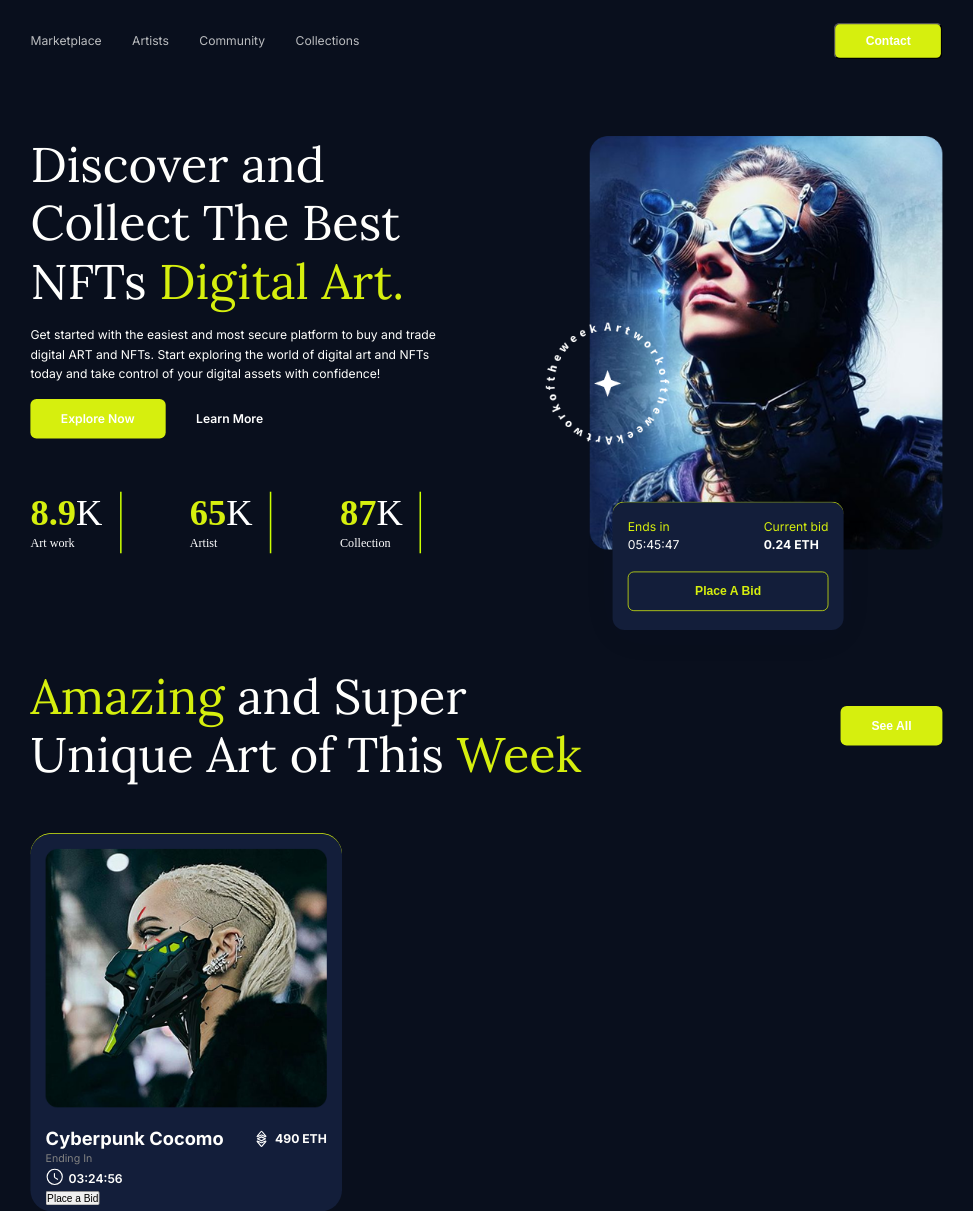
Repository: Kamron5505/NftMarketplace
Page: index.html
The author's editor kept a copy of each file at every save. The page is drawn from the files as they stood at one save, then again after the next save.
The browser window is 1280 px wide. The pictures show the whole page, at 76% of full size.

Above is the page before, as saved 2025-07-09 14:03:26.

### index.html
<!DOCTYPE html>
<html lang="en">

<head>
    <meta charset="UTF-8">
    <meta name="viewport" content="width=device-width, initial-scale=1.0">
    <title>NFTMarketplace Landing</title>
    <link rel="stylesheet" href="./style.css">
    <link
        href="https://fonts.googleapis.com/css2?family=Inter:wght@400;600;700&family=Source+Sans+Pro:wght@400;600;700&family=Lora:wght@400;700&display=swap"
        rel="stylesheet">

</head>

<body>
    <header class="header">
        <div class="container">
            <nav class="nav">
                <ul class="nav-list">
                    <li class="nav-item"><a href="#" class="nav-link">Marketplace</a></li>
                    <li class="nav-item"><a href="#" class="nav-link">Artists</a></li>
                    <li class="nav-item"><a href="#" class="nav-link">Community</a></li>
                    <li class="nav-item"><a href="#" class="nav-link">Collections</a></li>
                </ul>
                <button class="header-contact-btn">Contact</button>
            </nav>
        </div>
    </header>
    <main class="main">
        <section class="nft-section">
            <div class="container">
                <div class="nft-wrapper">
                    <div class="content-left">
                        <h1 class="title">
                            Discover and <br>
                            Collect The Best <br>
                            NFTs <span class="highlight"> Digital Art.</span>
                        </h1>

                        <p class="description">
                            Get started with the easiest and most secure platform to buy and trade digital ART and NFTs.
                            Start exploring the world of digital art and NFTs today and take control of your digital
                            assets with confidence!
                        </p>

                        <div class="buttons">
                            <a href="#" class="btn btn-primary">Explore Now</a>
                            <a href="#" class="btn btn-secondary">Learn More</a>
                        </div>

                        <div class="stats">
                            <div class="stat">
                                <div class="number">8.9<span class="note">K</span></div>
                                <div class="label">Art work</div>
                            </div>
                            <div class="stat">
                                <div class="number">65<span class="note">K</span></div>
                                <div class="label">Artist</div>
                            </div>
                            <div class="stat">
                                <div class="number">87<span class="note">K</span></div>
                                <div class="label">Collection</div>
                            </div>
                        </div>
                    </div>
                    <div class="content-right">
                        <div class="header-image">
                            <img src="./images/main-header-img.png" alt="NFT Image" class="hero-image">
                            <img src="./images/circle.png" alt="" class="circle-image">
                        </div>
                        <div class="nft-card">
                            <div class="nft-card__info">
                                <div class="nft-card__timer">
                                    <span class="value ">Ends in</span>
                                    <span class="nft-note">05:45:47</span>
                                </div>
                                <div class="nft-card__bid">
                                    <span class="value ">Current bid</span>
                                    <span class="nft-card__note">0.24 ETH</span>
                                </div>
                                <button href="#" class="nft-card__btn nft-card__btn--bid">Place A Bid</button>
                            </div>
                        </div>
                    </div>
                </div>
            </div>
        </section>
        <section class="art-section">
            <div class="container">
                <div class="art-section__header">
                    <h2 class="art-section__title">
                        <span class="text-highlight">Amazing</span>
                        and Super <br>
                        Unique Art of This
                        <span class="text-highlight">Week</span>
                    </h2>
                    <button href="#" class="art-section__btn-view-all">See All</button>
                </div>
                <div class="art-section__cards">
                    <div class="art-card">
                        <img src="./images/Cyberpunk Cocomo 490ETH.png" alt="Cyberpunk Cocomo"
                            class="art-card__image" />
                        <div class="art-card-name">
                            <h3 class="art-card__title">Cyberpunk Cocomo</h3>

                            <div class="art-card-price-wrapper">
                                <svg width="24" height="25" viewBox="0 0 24 25" fill="none"
                                    xmlns="http://www.w3.org/2000/svg">
                                    <path
                                        d="M6.90001 9.6L11.7 7.5C11.9 7.4 12.1 7.4 12.4 7.5L17.2 9.6C17.6 9.8 18 9.3 17.7 8.9L12.7 2.8C12.4 2.4 11.8 2.4 11.5 2.8L6.50001 8.9C6.10001 9.3 6.50001 9.8 6.90001 9.6Z"
                                        stroke="white" stroke-width="1.5" stroke-miterlimit="10" stroke-linecap="round"
                                        stroke-linejoin="round" />
                                    <path
                                        d="M6.90001 15.4L11.7 17.5C11.9 17.6 12.1 17.6 12.4 17.5L17.2 15.4C17.6 15.2 18 15.7 17.7 16.1L12.7 22.2C12.4 22.6 11.8 22.6 11.5 22.2L6.50001 16.1C6.10001 15.7 6.50001 15.2 6.90001 15.4Z"
                                        stroke="white" stroke-width="1.5" stroke-miterlimit="10" stroke-linecap="round"
                                        stroke-linejoin="round" />
                                    <path d="M12 9.90002L6.79999 12.5L12 15.1L17.2 12.5L12 9.90002Z" stroke="white"
                                        stroke-width="1.5" stroke-miterlimit="10" stroke-linecap="round"
                                        stroke-linejoin="round" />
                                </svg>
                                <p class="art-card__price">490 ETH</p>
                            </div>
                        </div>

                        <div class="art-card__info">
                            <div class="art-card__time">
                                <p class="art-card__time__ending">Ending In</p>
                                <div class="art-card__time-value">
                                    <i class="icon-clock">
                                        <svg width="24" height="25" viewBox="0 0 24 25" fill="none"
                                            xmlns="http://www.w3.org/2000/svg">
                                            <path
                                                d="M22 12.5C22 18.02 17.52 22.5 12 22.5C6.48 22.5 2 18.02 2 12.5C2 6.98 6.48 2.5 12 2.5C17.52 2.5 22 6.98 22 12.5Z"
                                                stroke="white" stroke-width="1.5" stroke-linecap="round"
                                                stroke-linejoin="round" />
                                            <path
                                                d="M15.71 15.68L12.61 13.83C12.07 13.51 11.63 12.74 11.63 12.11V8.01001"
                                                stroke="white" stroke-width="1.5" stroke-linecap="round"
                                                stroke-linejoin="round" />
                                        </svg>
                                    </i>
                                    <span>03:24:56</span>
                                </div>
                            </div>
                        </div>

                        <button href="#" class="art-card__btn-bid">Place a Bid</button>
                    </div>
                </div>

            </div>
        </section>
    </main>
</body>

</html>

### style.css
* {
    margin: 0;
    padding: 0;
    text-decoration: none;
    list-style: none;
    box-sizing: border-box;
}


body {
    background: #090f1d;
    color: #fffffd;
}

:root {
    --font-family: "Inter", sans-serif;
    --second-family: "Source Sans Pro", sans-serif;
    --third-family: "Lora", serif;
}

h1,
h2,
h3,
h4,
h5,
h6 {
    font-family: "Lora", serif;
    font-weight: 500;
    font-size: 64px;
    line-height: 120%;
    color: #fffffd;
}

.highlight {
    color: #d6ef0e;
}

.header {
    margin-top: 30px;
    font-family: "Inter", sans-serif;
}

.container {
    width: 1200px;
    margin: 0 auto;
}

.nav {
    display: flex;
    align-items: center;
    justify-content: space-between;
}

.nav-list {
    display: flex;
    gap: 40px;
}

.nav-link {
    font-weight: 400;
    font-size: 16px;
    line-height: 160%;
    color: rgba(255, 255, 253, 0.72);
}

.nav-link:hover {
    border-bottom: 1px solid #d6ef0e;
    width: 94px;
    height: 26px;
    transition: all 0.3s ease;
}

.header-contact-btn {
    background: #d6ef0e;
    border-radius: 8px;
    padding: 12px 40px;
    width: 143px;
    height: 48px;
    font-weight: 700;
    font-size: 16px;
    line-height: 120%;
    color: #fff;
}

.nft-section {
    margin-top: 100px;
}

.nft-wrapper {
    display: flex;
    align-items: center;
    justify-content: space-between;
}

.description {
    font-family: "Inter", sans-serif;
    font-weight: 400;
    font-size: 16px;
    width: 544px;
    line-height: 160%;
    color: #fffffd;
    margin-top: 20px;
}

.buttons {
    display: flex;
    gap: 40px;
    align-items: center;
    margin-top: 20px;
}

.btn {
    font-family: "Inter", sans-serif;
    font-weight: 600;
    font-size: 16px;
    color: #fff;
}

.btn-primary {
    display: flex;
    align-items: center;
    line-height: 120%;
    border-radius: 8px;
    padding: 12px 40px;
    width: 178px;
    height: 52px;
    background: #d6ef0e;
}

.stats {
    display: flex;
    gap: 90px;
    margin-top: 70px;
    color: white;
}

.stat {
    display: flex;
    flex-direction: column;
    position: relative;
    padding-right: 25px;
}

.stat::after {
    content: "";
    position: absolute;
    top: 0;
    bottom: 0;
    right: 0;
    width: 2px;
    background-color: #ccff00;
}

.stat:last-child {
    padding-right: 24px;
}

.number {
    font-family: ;
    font-size: 48px;
    font-weight: bold;
    color: #d6ef0e;
}

.note {
    font-weight: normal;
    color: white;
}

@keyframes spin {
    from {
        transform: rotate(0deg);
    }

    to {
        transform: rotate(360deg);
    }
}

.circle-image {
    position: absolute;
    right: 355px;
    top: 240px;
    animation: spin 20s linear infinite;
}

.label {
    font-weight: 400;
    font-size: 16px;
    line-height: 160%;
    color: white;
}

.header-image {
    position: relative;
}

.circle-image {
    position: absolute;
    right: 355px;
    top: 240px;
}

.nft-card {
    position: absolute;
    top: 660px;
    right: 170px;
    border-top: 1px solid #d6ef0e;
    border-radius: 16px;
    padding: 20px;
    width: 304px;
    height: 169px;
    box-shadow: 0 9px 50px 0 rgba(23, 36, 65, 0.04);
    background: #131e3a;
}

.nft-card__info {
    display: flex;
    flex-wrap: wrap;
    justify-content: space-between;
    font-family: "Inter", sans-serif;

}

.nft-card__timer,
.nft-card__bid {
    display: flex;
    flex-direction: column;
}

.value {
    font-weight: 400;
    font-size: 16px;
    line-height: 160%;
    color: #d6ef0e;
}

.nft-card__note {
    font-weight: 700;
    font-size: 16px;
    line-height: 120%;
    color: #fffffd;
}

.nft-card__btn {
    border: 1px solid #d6ef0e;
    border-radius: 8px;
    padding: 12px 40px;
    width: 264px;
    background: transparent;
    height: 52px;
    margin-top: 25px;
    font-weight: 700;
    font-size: 16px;
    line-height: 120%;
    color: #d6ef0e;
}

.art-section {
    margin-top: 150px;
    font-family: "Inter", sans-serif;

}

.art-section__header {
    display: flex;
    justify-content: space-between;
    align-items: center;
}


.text-highlight {
    color: #d6ef0e;

}

.art-section__btn-view-all {
    font-weight: 700;
    font-size: 16px;
    line-height: 120%;
    color: #fff;
    border-radius: 8px;
    padding: 12px 40px;
    width: 134px;
    height: 52px;
    background: #d6ef0e;
    border: none;
}

.art-section__cards {
    margin-top: 65px;
}

.art-card-price-wrapper {
    display: flex;
    align-items: center;
    gap: 6px;
}

.art-card {
    border-top: 1px solid #d6ef0e;
    border-radius: 28px;
    padding: 20px;
    width: 410px;
    height: 498px;
    background: #131e3a;
}

.art-card__time__ending {
    font-weight: 400;
    font-size: 14px;
    line-height: 160%;
    color: #838382;
}

.art-card__time-value {
    display: flex;
    align-items: center;
    gap: 6px;
    /* или 0, если без отступа */
}

.art-card__time-value span {
    font-family: "Inter", sans-serif;
    font-size: 16px;
    padding-top: 2px;
    font-weight: 600;
    color: #fffffd;
}

.art-card__image {}

.art-card-name {
    display: flex;
    align-items: center;
    justify-content: space-between;
    padding-top: 23px;

}

.art-card__title {
    font-family: "Inter", sans-serif;
    font-weight: 700;
    font-size: 24px;
    line-height: 120%;
    color: #fffffd;
}

.art-card__info {}

.art-card__time {}

.icon-clock {}

.art-card__price {
    font-family: "Inter", sans-serif;
    font-weight: 700;
    font-size: 16px;
    line-height: 120%;
    color: #fffffd;
}

.endin .art-card__btn-bid {}

After the next save:
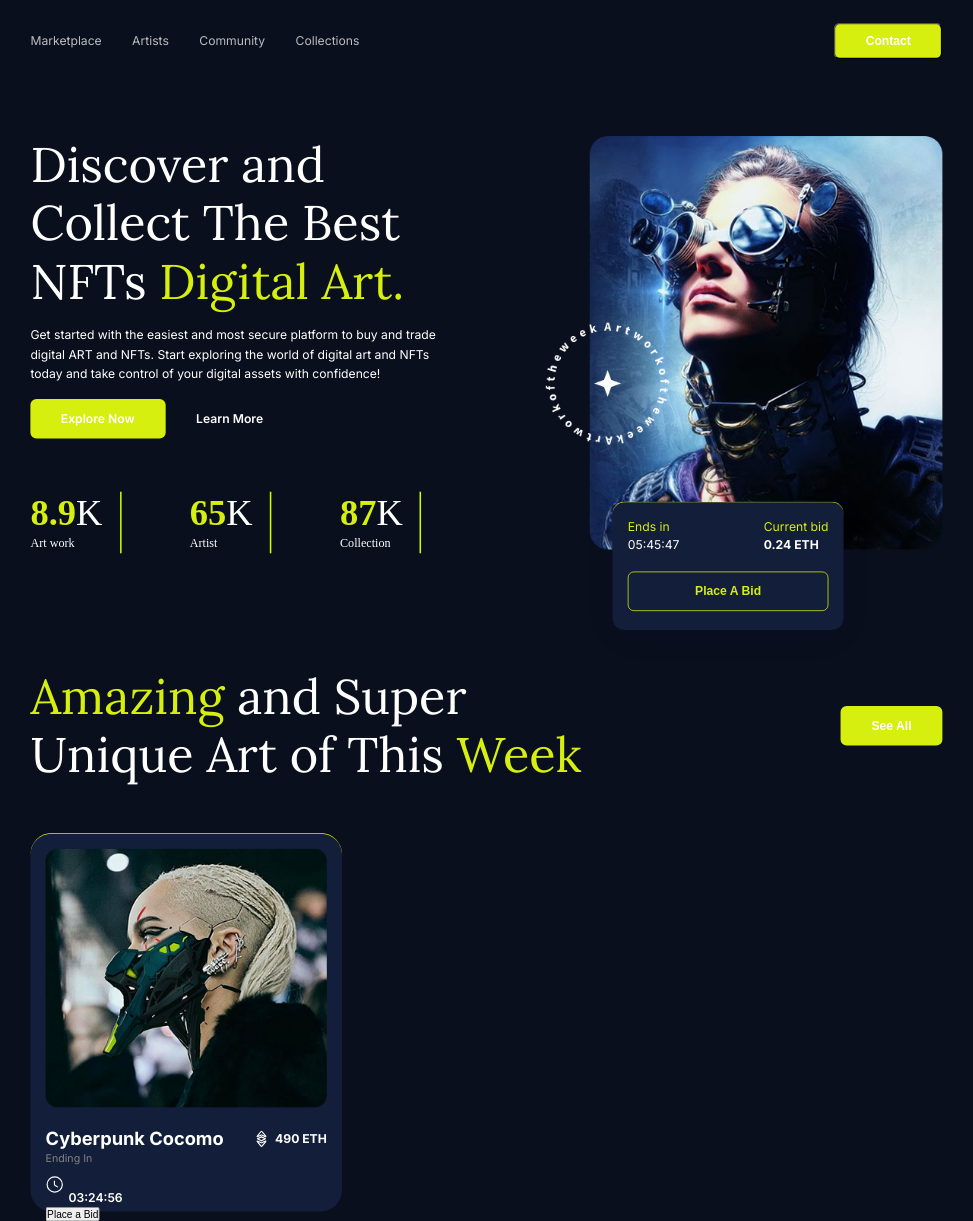
Saved 9 s later.
--- a/style.css
+++ b/style.css
@@ -323,7 +323,7 @@ h6 {
 .art-card__time-value span {
     font-family: "Inter", sans-serif;
     font-size: 16px;
-    padding-top: 2px;
+    padding-top: 30px;
     font-weight: 600;
     color: #fffffd;
 }
